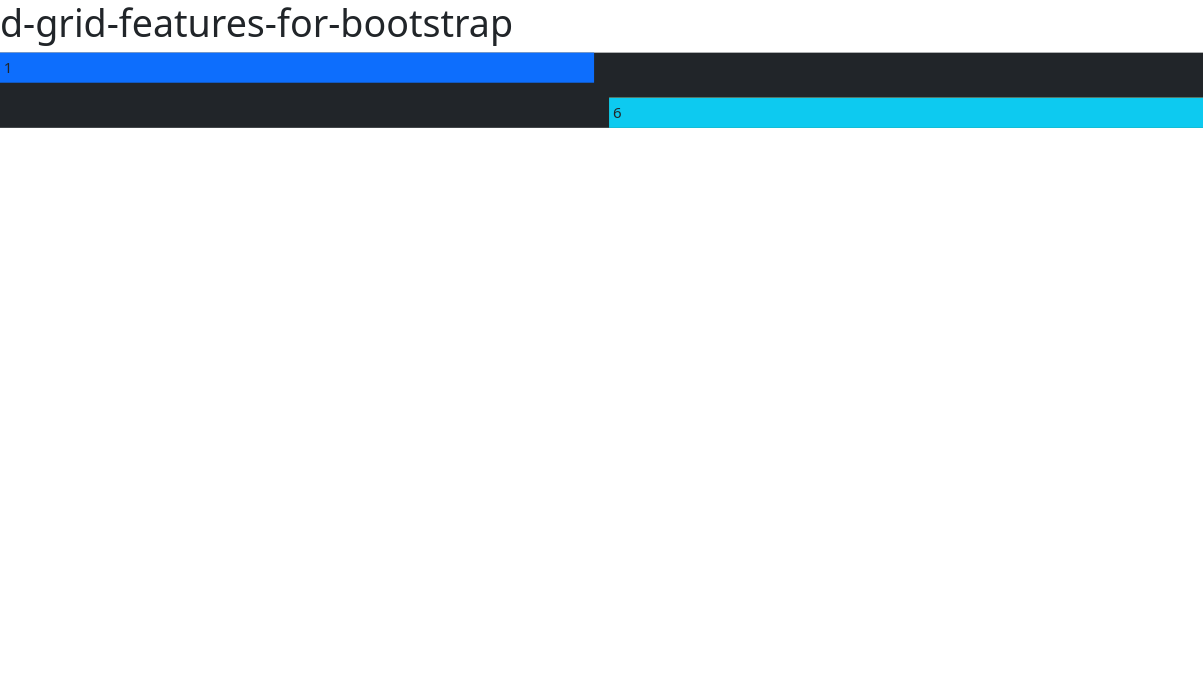
Repository: LynxPardelle/d-grid-features-for-bootstrap
Page: index.html
The author's editor kept a copy of each file at every save. The page is drawn from the files as they stood at one save, then again after the next save.
The browser window is 1280 px wide. The pictures show the whole page, at 94% of full size.

Above is the page before, as saved 2021-10-20 05:43:59.

After the next save:
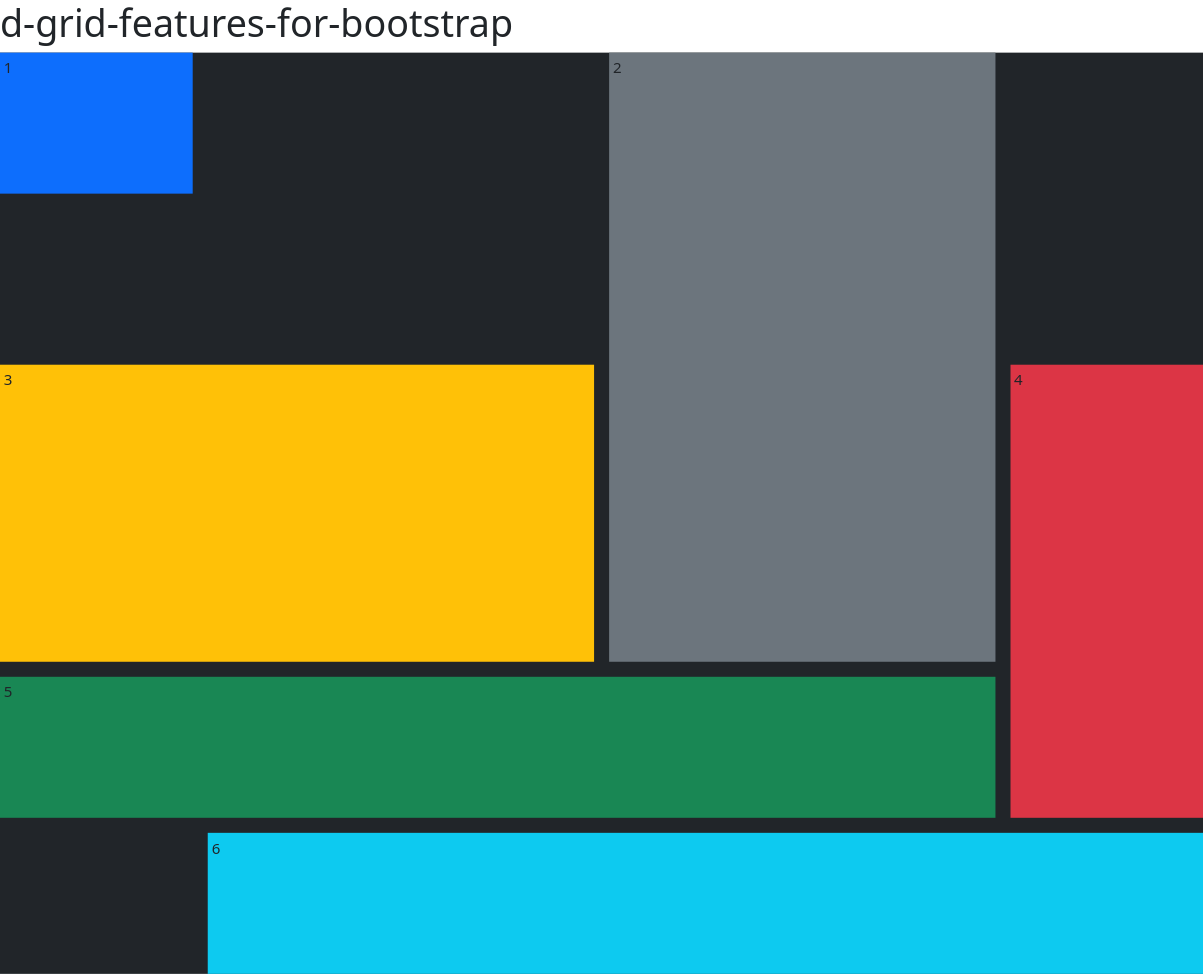
Saved 114 s later.
--- a/index.html
+++ b/index.html
@@ -12,14 +12,55 @@
 
   <!-- <section class="d-grid bg-dark" data-gfbs data-gfbs-gtc="repeat(4, 1fr)" data-gfbs-gtr="repeat(2, 100px)" > -->
     <!-- <section class="d-grid bg-dark" data-gfbs data-gfbs-gta='"f f b c c a"" f f d e e a"'> -->
-      <section class="d-grid bg-dark" data-gfbs data-gfbs-gt='
+      <section class="d-grid bg-dark" data-gfbs
+      data-gfbs-gt='
+      [row1-start] "a a b ." 25px [row1-end]
+      [row2-start] "a a b ." 25px [row2-end]
+      [row3-start] "c c b d" 25px [row3-end]
+      [row4-start] "c c b d" 25px [row4-end]
+      [row5-start] "e e e d" 25px [row5-end]
+      [row6-start] ". f f f" 25px [row6-end]
+      / 1fr 2fr 2fr 1fr'
+      data-gfbs-gt-sm='
       [row1-start] "a a b ." 50px [row1-end]
       [row2-start] "a a b ." 50px [row2-end]
       [row3-start] "c c b d" 50px [row3-end]
       [row4-start] "c c b d" 50px [row4-end]
       [row5-start] "e e e d" 50px [row5-end]
       [row6-start] ". f f f" 50px [row6-end]
-      / 1fr 2fr 2fr 1fr' data-gfbs-gt-sm='"a b c d e f"/ 1fr'
+      / 1fr 2fr 2fr 1fr'
+      data-gfbs-gt-md='
+      [row1-start] "a a b ." 75px [row1-end]
+      [row2-start] "a a b ." 75px [row2-end]
+      [row3-start] "c c b d" 75px [row3-end]
+      [row4-start] "c c b d" 75px [row4-end]
+      [row5-start] "e e e d" 75px [row5-end]
+      [row6-start] ". f f f" 75px [row6-end]
+      / 1fr 2fr 2fr 1fr'
+      data-gfbs-gt-lg='
+      [row1-start] "a a b ." 100px [row1-end]
+      [row2-start] "a a b ." 100px [row2-end]
+      [row3-start] "c c b d" 100px [row3-end]
+      [row4-start] "c c b d" 100px [row4-end]
+      [row5-start] "e e e d" 100px [row5-end]
+      [row6-start] ". f f f" 100px [row6-end]
+      / 1fr 2fr 2fr 1fr'
+      data-gfbs-gt-xl='
+      [row1-start] "a a b ." 125px [row1-end]
+      [row2-start] "a a b ." 125px [row2-end]
+      [row3-start] "c c b d" 125px [row3-end]
+      [row4-start] "c c b d" 125px [row4-end]
+      [row5-start] "e e e d" 125px [row5-end]
+      [row6-start] ". f f f" 125px [row6-end]
+      / 1fr 2fr 2fr 1fr'
+      data-gfbs-gt-xxl='
+      [row1-start] "a a b ." 150px [row1-end]
+      [row2-start] "a a b ." 150px [row2-end]
+      [row3-start] "c c b d" 150px [row3-end]
+      [row4-start] "c c b d" 150px [row4-end]
+      [row5-start] "e e e d" 150px [row5-end]
+      [row6-start] ". f f f" 150px [row6-end]
+      / 1fr 2fr 2fr 1fr'
       data-gfbs-gap="1rem"
       >
       <!-- data-gfbs-cg="1rem"
